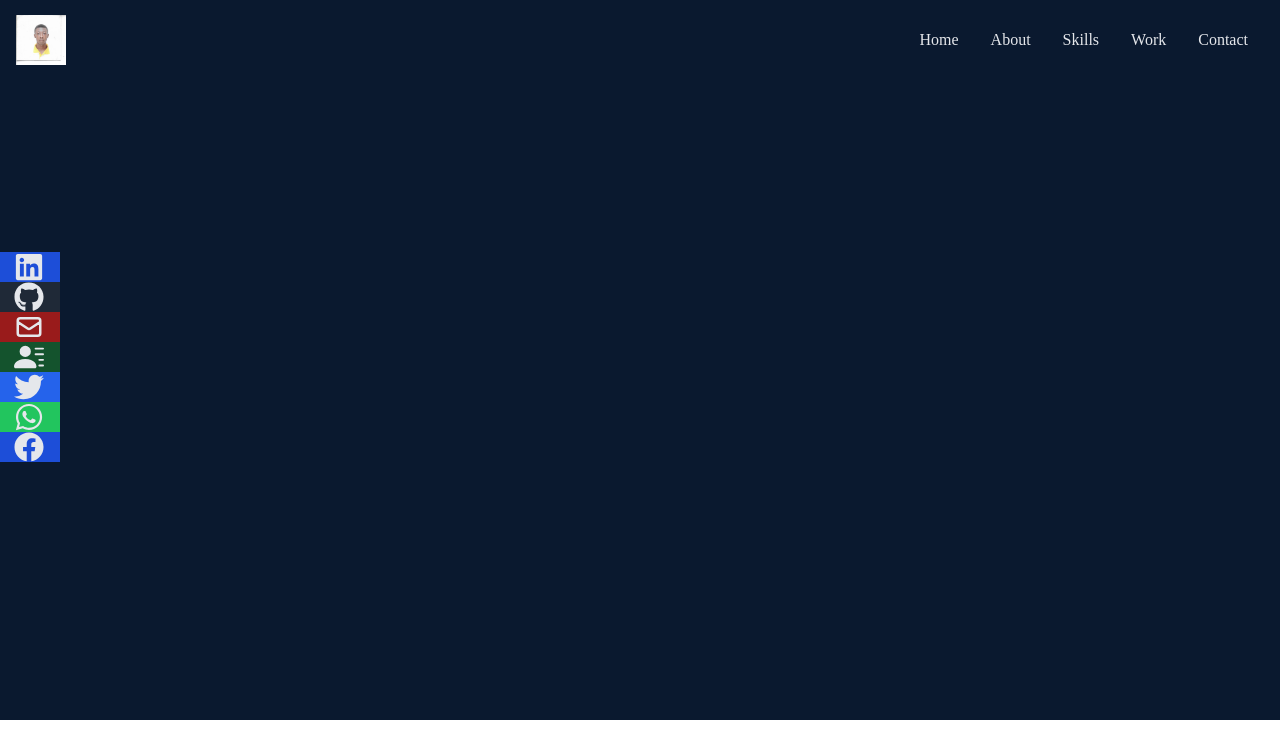
Repository: AngusOnyebuchi/Dashboard
Page: /
The author's editor kept a copy of each file at every save. The page is drawn from the files as they stood at one save, then again after the next save.
The browser window is 1280 px wide. The pictures show the whole page.
The project was rebuilt for these pictures with package versions that can differ from the ones it lists, and the page was loaded fresh each time.

Above is the page before, as saved 2022-04-13 21:52:55.

After the next save:
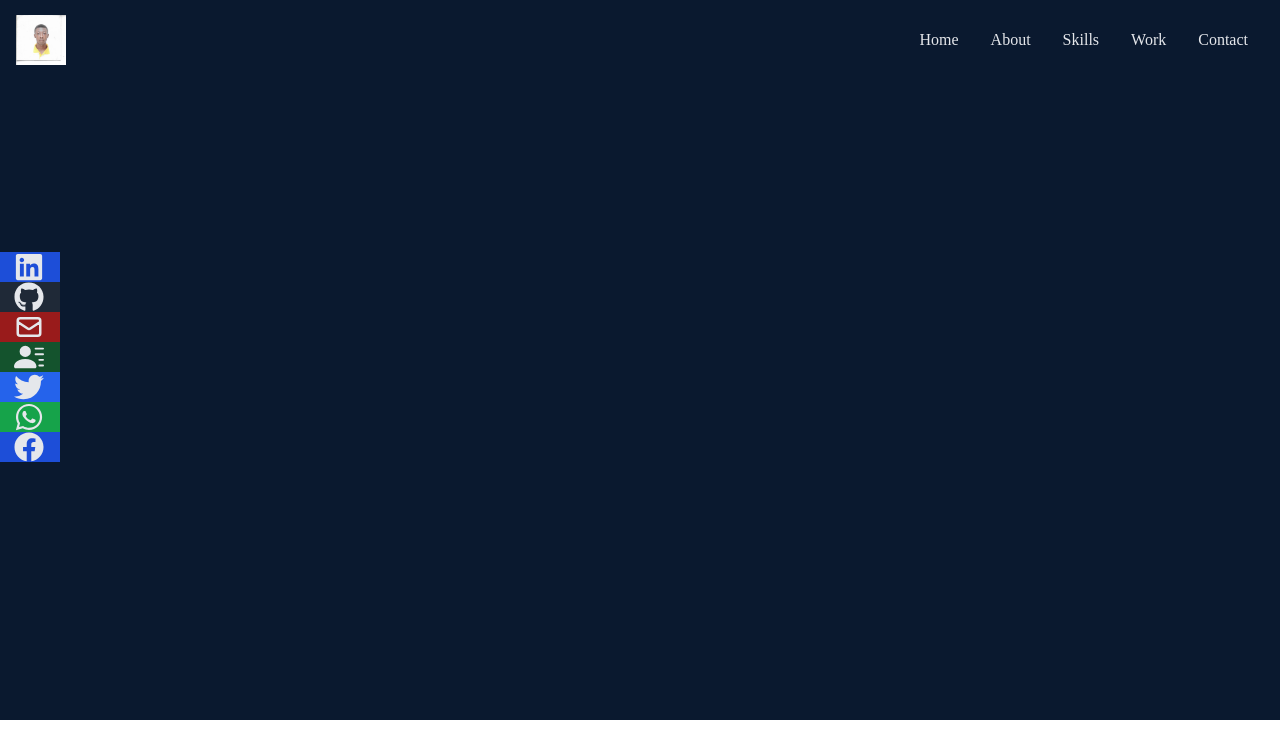
Saved 6 s later.
--- a/src/components/NavBar.js
+++ b/src/components/NavBar.js
@@ -77,7 +77,7 @@ export default function NavBar() {
              </a>
            </li>
 
-           <li className="w-[160px] h-60px flex justify-between items-center ml-[-100px] hover:ml-[-10px] duration-300 bg-green-500">
+           <li className="w-[160px] h-60px flex justify-between items-center ml-[-100px] hover:ml-[-10px] duration-300 bg-green-600">
              <a className="flex justify-between items-center w-full text-gray-200 "
                 href="/">
                Whatsapp <FaWhatsapp size={30}/>
